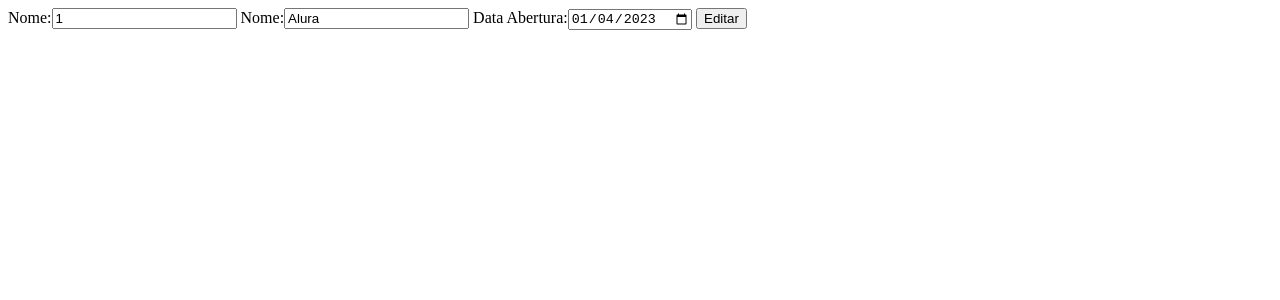
Repository: DerickLFAndrade/Aplicacao_Java_Web_Servlet_TomCat
Page: http://localhost/gerenciador/mostraEmpresa?id=1
An editor plug-in stored every save of this project. The page is shown before and after the next save, followed by the edit.
The browser window is 1280 px wide. The pictures show the whole page.
The page is served by Tomcat 9.

Above is the page before, as saved 2023-01-08 19:35:07.

After the next save:
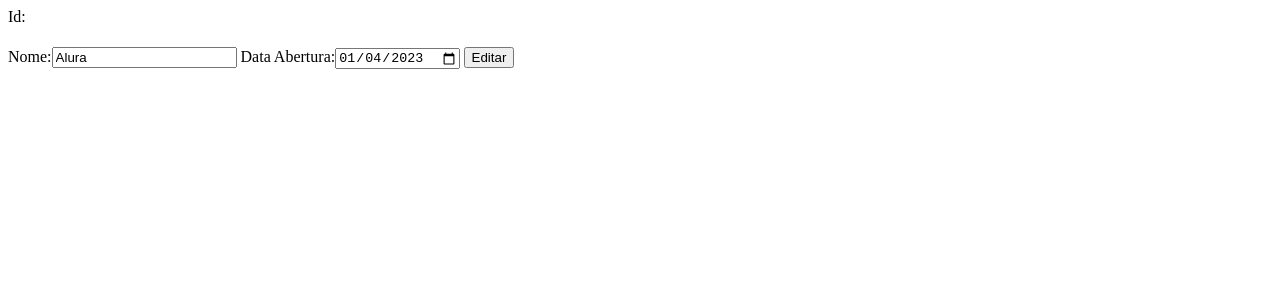
Saved 108 s later.
--- a/gerenciador/WebContent/formAlteraEmpresa.jsp
+++ b/gerenciador/WebContent/formAlteraEmpresa.jsp
@@ -10,7 +10,7 @@
 <body>
 
 	<form action="${linkServletEditarEmpresa}" method="post">
-	<label>Nome:</label><input type="text" name="od" value="${empresa.id}"/>
+	<label>Id:</label><h4></h4>
 		<label>Nome:</label><input type="text" name="nome" value="${empresa.nome}"/>
 		<label>Data Abertura:</label><input type="date" name="dataAbertura" value="<fmt:formatDate value="${empresa.dataAbertura}" pattern="yyyy-MM-dd"/>"/>
 		<button type="submit">Editar</button>
